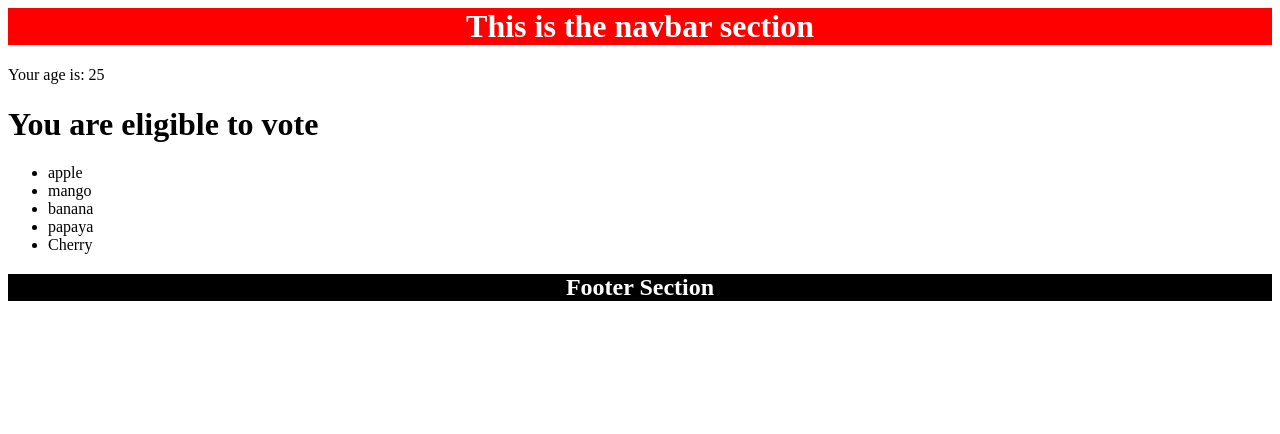
Repository: AkshayKPrajapati/CodingHub
Page: http://localhost/MavenProject/Index.jsp
These files come from the project's save history. The page is drawn as it stood at one moment and after the next save; the edit follows.
The browser window is 1280 px wide. The pictures show the whole page.
The page is served by Tomcat 9.

Above is the page before, as saved 2025-10-24 18:48:37.

After the next save:
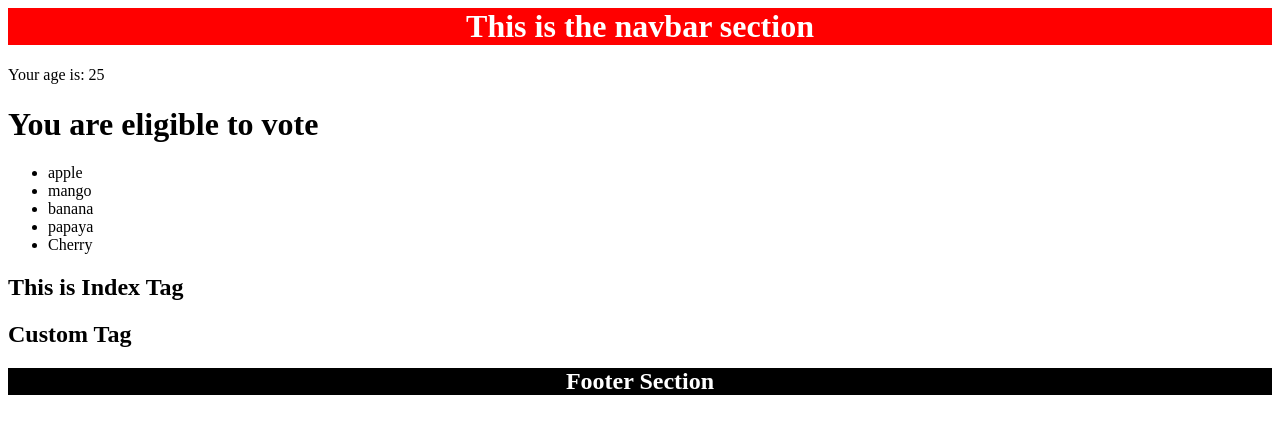
Saved 30 h 1 min later.
--- a/MavenProject/src/main/webapp/Index.jsp
+++ b/MavenProject/src/main/webapp/Index.jsp
@@ -1,6 +1,7 @@
 <%@ page language="java" contentType="text/html; charset=ISO-8859-1"
     pageEncoding="ISO-8859-1"  %>
 <%@ taglib prefix="c" uri="http://java.sun.com/jsp/jstl/core" %>
+<%@ taglib prefix="d" uri="/WEB-INF/tlds/myTag.tld" %>
 <%@ page isELIgnored="false" %>
 <%@ page errorPage="error.jsp" %>
 <%@ page isErrorPage="false" %>
@@ -41,6 +42,10 @@
         name.length();  // NullPointerException → goes to error.jsp
     %> --%>
 
+
+<h2>This is Index Tag</h2>
+<h2>Custom Tag</h2>
+<d.Greet></d.Greet>
 <%@ include file="Footer.jsp" %>
 
 </body>
